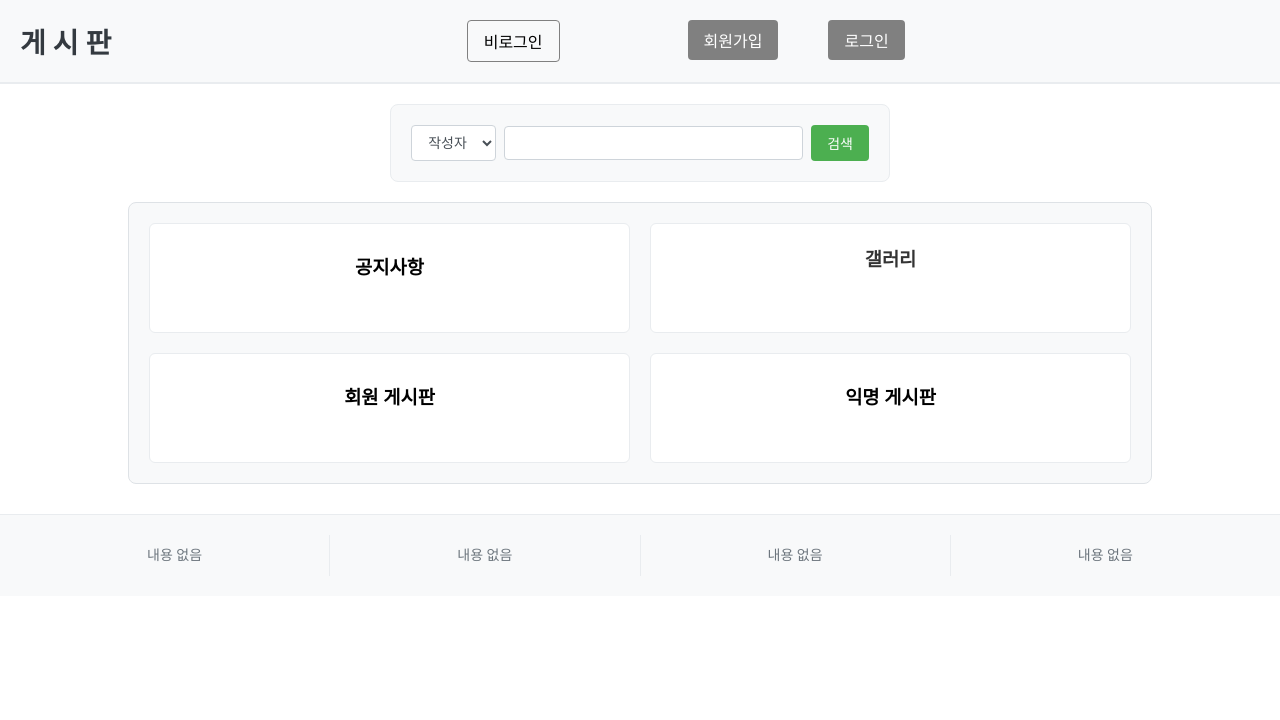
Repository: 1plus1equals3-true/Board-Project
Page: http://localhost/jsp/board_proc/main_proc.jsp
The author's editor kept a copy of each file at every save. The page is drawn from the files as they stood at one save, then again after the next save.
The browser window is 1280 px wide. The pictures show the whole page.
The page is served by Tomcat 9. Queries for data that is not in the repository find no rows.

Above is the page before, as saved 2025-09-23 00:15:09.

After the next save:
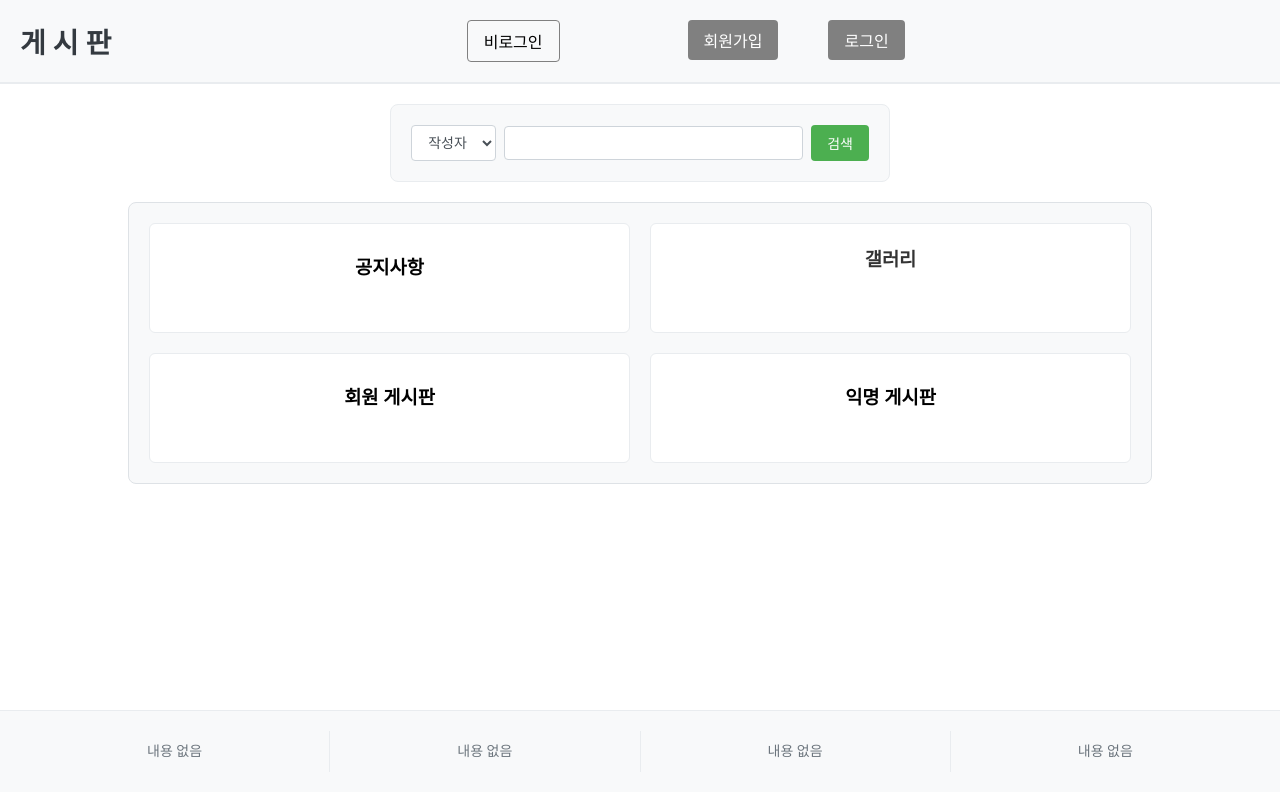
Saved 3 min 18 s later.
--- a/jsp/src/main/webapp/board/main.jsp
+++ b/jsp/src/main/webapp/board/main.jsp
@@ -133,6 +133,7 @@
 </head>
 <body>
 <%@ include file="op_top.jsp" %>
+<section class="min-height">
 <section>
 	<form name="search_form" method="get" action="../board/list.jsp" class="search-form">
 		<select name="key">
@@ -183,6 +184,7 @@
 		</c:forEach>
 	</div>
 </section>
+</section>
 <%@ include file="op_bot.jsp" %>
 </body>
 </html>
